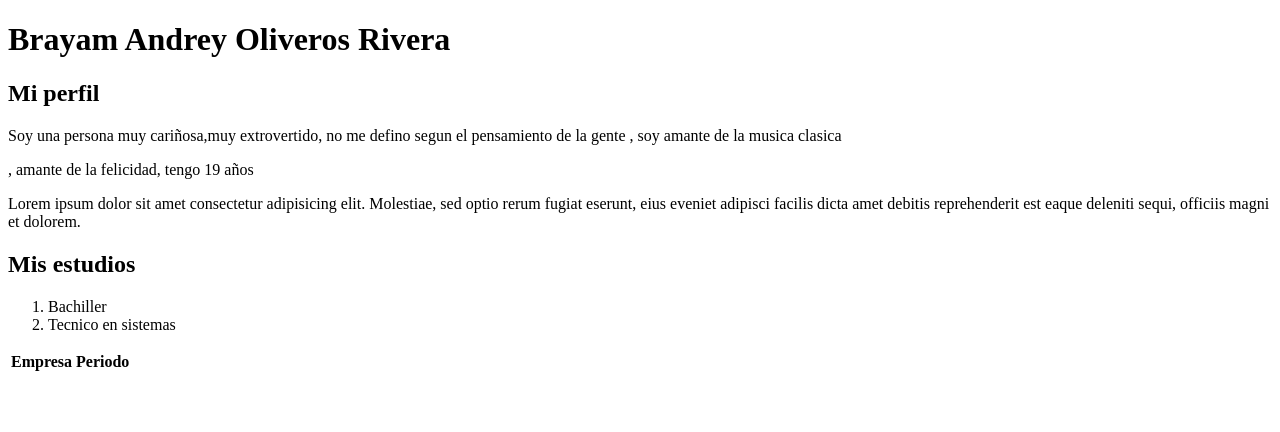
Repository: AndreyRi13/clasesweb
Page: index.html
These files come from the project's save history. The page is drawn as it stood at one moment and after the next save; the edit follows.
The browser window is 1280 px wide. The pictures show the whole page.

Above is the page before, as saved 2020-09-17 07:24:29.

### index.html
<!DOCTYPE html>
<html lang="en">
<head>
    <meta charset="UTF-8">
    <meta name="viewport" content="width=device-width, initial-scale=1.0">

    <title>Mi primera pagina</title>
</head>
<body>
<h1>Brayam Andrey Oliveros Rivera</h1>

  <h2>Mi perfil</h2>

  <p>Soy una persona muy cariñosa,muy extrovertido, no me defino segun el pensamiento de la gente , soy amante de la musica clasica</p>
  <p>, amante de la felicidad, tengo 19 años</p>
  <p>Lorem ipsum dolor sit amet consectetur adipisicing elit. Molestiae, sed optio rerum fugiat eserunt, eius eveniet adipisci facilis  dicta amet debitis reprehenderit
    est eaque deleniti sequi, officiis magni et dolorem.</p>


    <h2>Mis estudios </h2>
    <ol>
        <li>Bachiller</li>
        <li>Tecnico en sistemas</li>
    </ol>
    <table>
        <tr>
            <th>Empresa</th>
            <th>Periodo</th>
        </tr>

    </table>

</body>
</html>

After the next save:
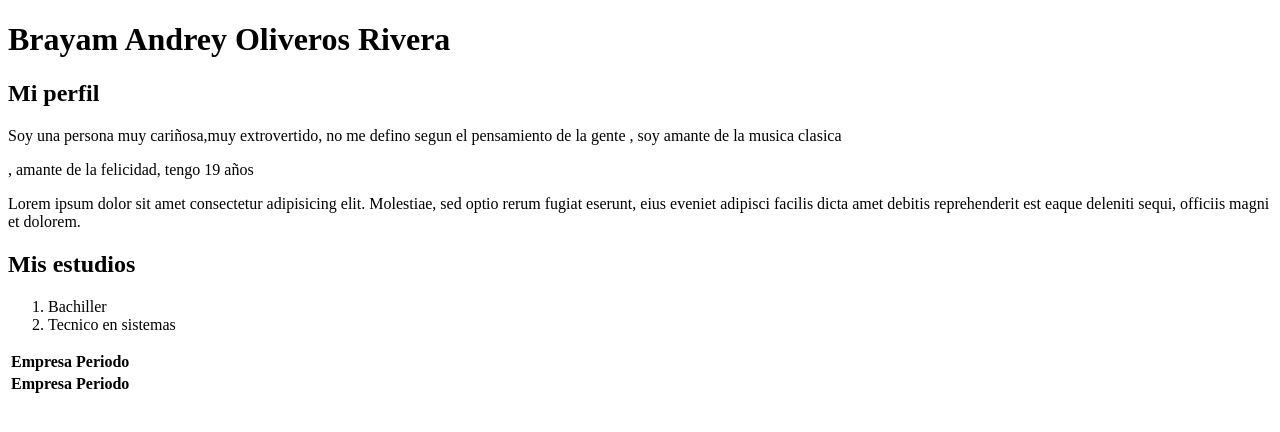
Saved 14 s later.
--- a/index.html
+++ b/index.html
@@ -27,6 +27,10 @@
             <th>Empresa</th>
             <th>Periodo</th>
         </tr>
+        <tr>
+            <th>Empresa</th>
+            <th>Periodo</th>
+        </tr>
 
     </table>
 
